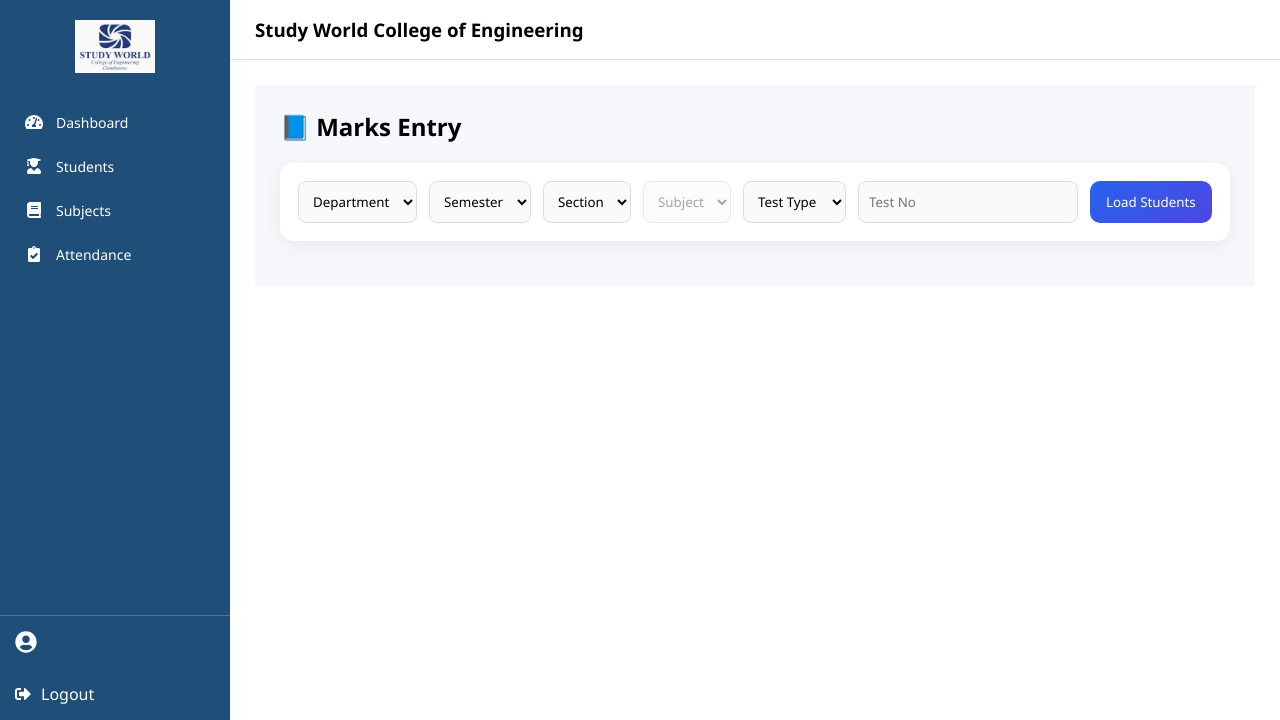
Repository: arthanarieswara/frontend
Page: /marks
An editor plug-in stored every save of this project. The page is shown before and after the next save, followed by the edit.
The browser window is 1280 px wide. The pictures show the whole page.
The page's requests for data from a server got no answer. The project was rebuilt for these pictures with package versions that can differ from the ones it lists, and the page was loaded fresh each time. No one was signed in, and anything a server would have sent is missing. Also part of the build but not shown: vite.config.js, src/pages/auth/Login.jsx, src/pages/dashboard/Dashboard.jsx, src/pages/departments/Departments.css, src/pages/departments/Departments.jsx, src/pages/students/Students.css, src/pages/students/Students.jsx, src/pages/faculty/Faculty.css and 11 more.

Above is the page before, as saved 2026-04-09 11:46:26.

After the next save:
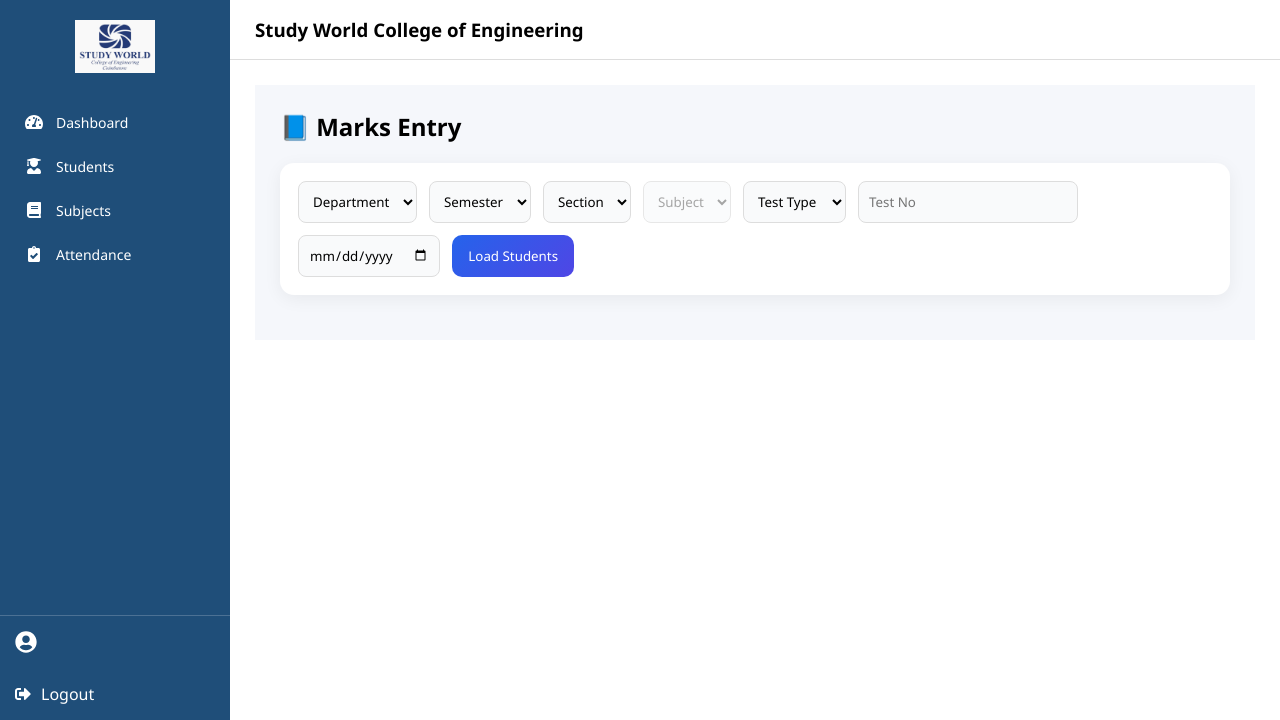
Saved 12 min 29 s later.
--- a/src/pages/marks/Marks.jsx
+++ b/src/pages/marks/Marks.jsx
@@ -4,6 +4,7 @@ import api from "../../api/api";
 import "./Marks.css";
 
 function Marks() {
+
   const [semester, setSemester] = useState("");
   const [section, setSection] = useState("");
   const [subject, setSubject] = useState("");
@@ -15,6 +16,7 @@ function Marks() {
 
   const [testType, setTestType] = useState("");
   const [testNo, setTestNo] = useState("");
+  const [examDate, setExamDate] = useState("");
 
   const [marks, setMarks] = useState({});
 
@@ -32,15 +34,12 @@ function Marks() {
     }
   };
 
-  /* ================= AUTO LOAD SUBJECTS ================= */
+  /* ================= SUBJECT FILTER ================= */
   useEffect(() => {
     if (semester && department) {
-      setSubjects([]); // clear old data
-      setSubject("");  // reset selected subject
-      fetchSubjects(semester, department);
-    } else {
       setSubjects([]);
       setSubject("");
+      fetchSubjects(semester, department);
     }
   }, [semester, department]);
 
@@ -49,10 +48,7 @@ function Marks() {
       const res = await api.get(
         `/subjects/by-semester?semester=${sem}&department_id=${dept}`
       );
-
-      console.log("Filtered Subjects:", res.data);
-
-      setSubjects(res.data); // replace (not merge)
+      setSubjects(res.data);
     } catch (err) {
       console.error(err);
     }
@@ -69,9 +65,7 @@ function Marks() {
         `/students/filter-sem-section?semester=${semester}&section=${section}&department_id=${department}`
       );
 
-      const sorted = res.data.sort(
-        (a, b) => a.roll_number - b.roll_number
-      );
+      const sorted = res.data.sort((a, b) => a.roll_number - b.roll_number);
 
       setStudents(sorted);
 
@@ -81,6 +75,7 @@ function Marks() {
       });
 
       setMarks(initial);
+
     } catch (err) {
       console.error(err);
     }
@@ -96,8 +91,13 @@ function Marks() {
 
   /* ================= SAVE MARKS ================= */
   const saveMarks = async () => {
+
     if (!subject || !semester || !testType || !testNo || !department) {
       return alert("Fill all fields");
+    }
+
+    if (!examDate) {
+      return alert("Select exam date");
     }
 
     try {
@@ -109,12 +109,14 @@ function Marks() {
         department_id: department,
         test_type: testType,
         test_no: testNo,
-        mark: marks[s.id] || 0,
+        mark: marks[s.id] || "AB",
+        exam_date: examDate, // ✅ NEW
       }));
 
       await api.post("/marks", payload);
 
       alert("Marks saved successfully ✅");
+
     } catch (err) {
       console.error(err);
     }
@@ -137,20 +139,18 @@ function Marks() {
           {/* Department */}
           <select
             value={department}
-            onChange={(e) => setDepartment(e.target.value)}
+            onChange={(e) => setDepartment(Number(e.target.value))}
           >
             <option value="">Department</option>
             {departments.map((d) => (
-              <option key={d.id} value={d.id}>
-                {d.name}
-              </option>
+              <option key={d.id} value={d.id}>{d.name}</option>
             ))}
           </select>
 
           {/* Semester */}
           <select
             value={semester}
-            onChange={(e) => setSemester(e.target.value)}
+            onChange={(e) => setSemester(Number(e.target.value))}
           >
             <option value="">Semester</option>
             {[1,2,3,4,5,6,7,8].map((s) => (
@@ -159,10 +159,7 @@ function Marks() {
           </select>
 
           {/* Section */}
-          <select
-            value={section}
-            onChange={(e) => setSection(e.target.value)}
-          >
+          <select value={section} onChange={(e) => setSection(e.target.value)}>
             <option value="">Section</option>
             <option value="A">A</option>
             <option value="B">B</option>
@@ -184,10 +181,7 @@ function Marks() {
           </select>
 
           {/* Test Type */}
-          <select
-            value={testType}
-            onChange={(e) => setTestType(e.target.value)}
-          >
+          <select value={testType} onChange={(e) => setTestType(e.target.value)}>
             <option value="">Test Type</option>
             <option value="Class Test">Class Test</option>
             <option value="Internal">Internal</option>
@@ -200,6 +194,13 @@ function Marks() {
             placeholder="Test No"
             value={testNo}
             onChange={(e) => setTestNo(e.target.value)}
+          />
+
+          {/* NEW DATE FIELD */}
+          <input
+            type="date"
+            value={examDate}
+            onChange={(e) => setExamDate(e.target.value)}
           />
 
           <button className="primary-btn" onClick={fetchStudents}>
